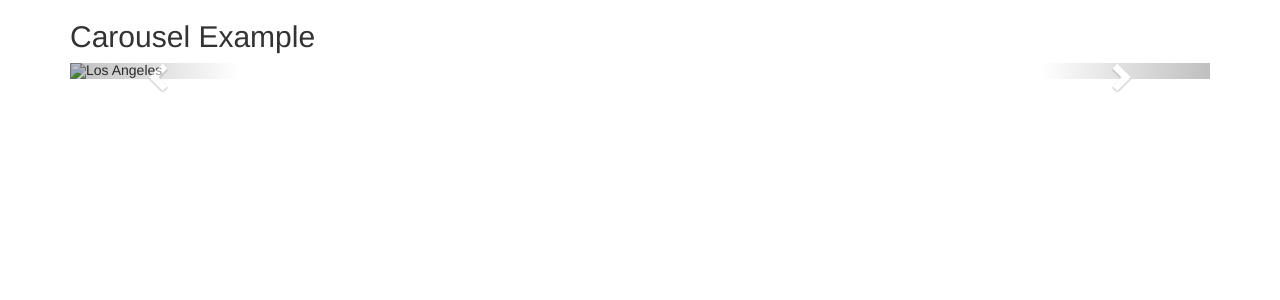
Repository: asifdotpy/testing-html-and-css
Page: index.html
An editor plug-in stored every save of this project. The page is shown before and after the next save, followed by the edit.
The browser window is 1280 px wide. The pictures show the whole page.

Above is the page before, as saved 2021-02-14 00:12:44.
Not found: chicago.jpg
Not found: la.jpg
Not found: ny.jpg

After the next save:
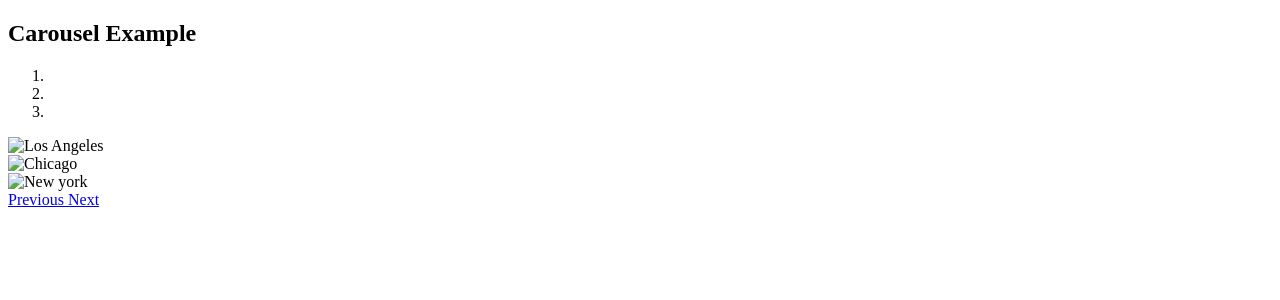
Not found: main.css
Saved 14 s later.
--- a/index.html
+++ b/index.html
@@ -4,7 +4,7 @@
   <title>Bootstrap Example</title>
   <meta charset="utf-8">
   <meta name="viewport" content="width=device-width, initial-scale=1">
-  <link rel="stylesheet" href="https://maxcdn.bootstrapcdn.com/bootstrap/3.4.1/css/bootstrap.min.css">
+  <link rel="stylesheet" href="main.css">
 </head>
 <body>
 
